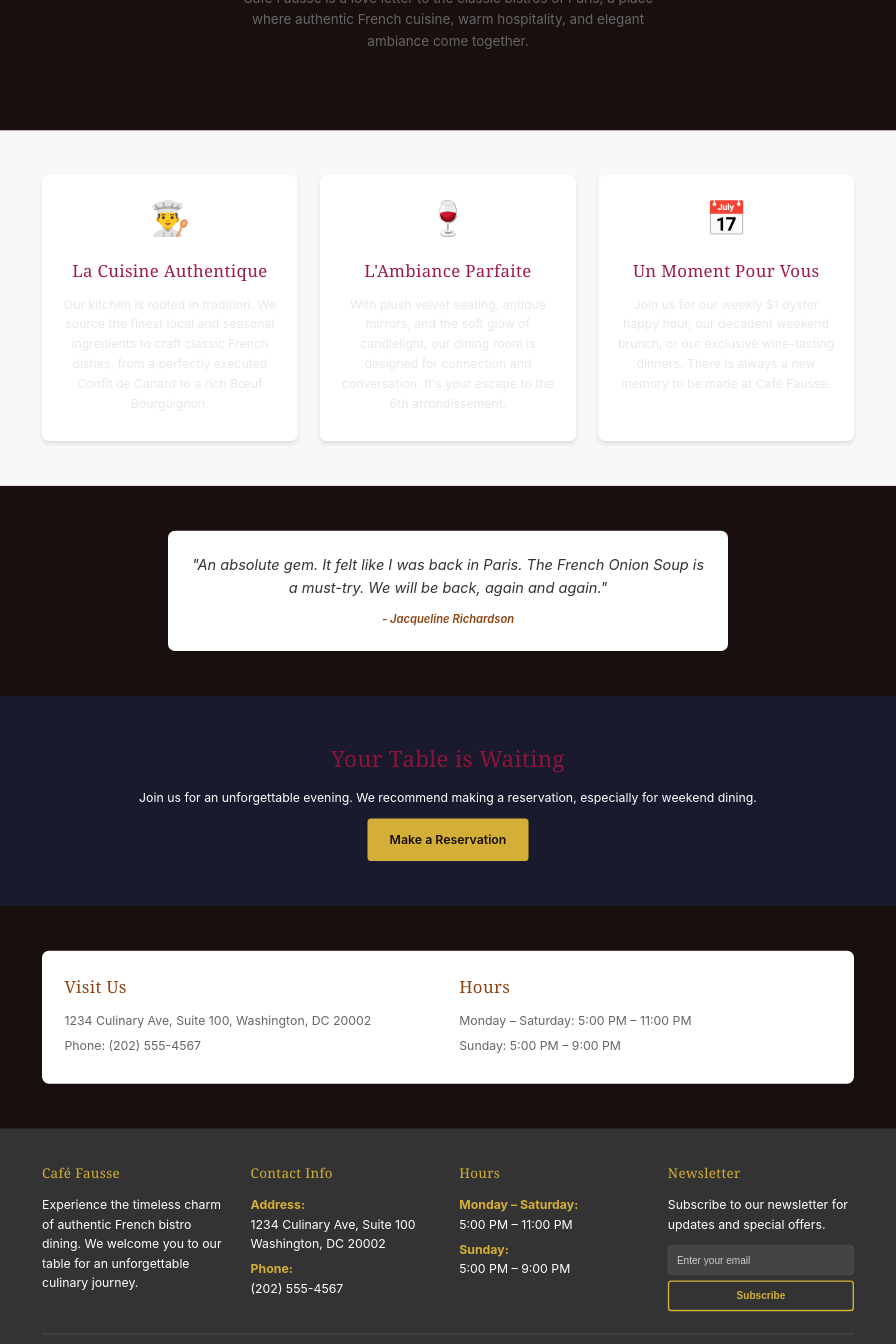
Repository: MatVanDenArt/MSSE-Cafe-Fausse
Page: / (app in frontend/)
The author's editor kept a copy of each file at every save. The page is drawn from the files as they stood at one save, then again after the next save.
The browser window is 1280 px wide. The pictures show the part of the page from y = 993 to 2913 px (the page is 2970 px tall before and 2972 px after), at 70% of full size.
The page's requests for data from a server got no answer. The project was rebuilt for these pictures with package versions that can differ from the ones it lists, and the page was loaded fresh each time. No one was signed in, and anything a server would have sent is missing. Also part of the build but not shown: frontend/src/pages/Menu.css, frontend/src/pages/Menu.js, frontend/src/pages/Reservations.css, frontend/src/pages/Reservations.js, frontend/src/pages/About.css, frontend/src/pages/About.js, frontend/src/pages/Gallery.css, frontend/src/pages/Gallery.js.

Above is the page before, as saved 2025-10-26 15:09:43.

After the next save:
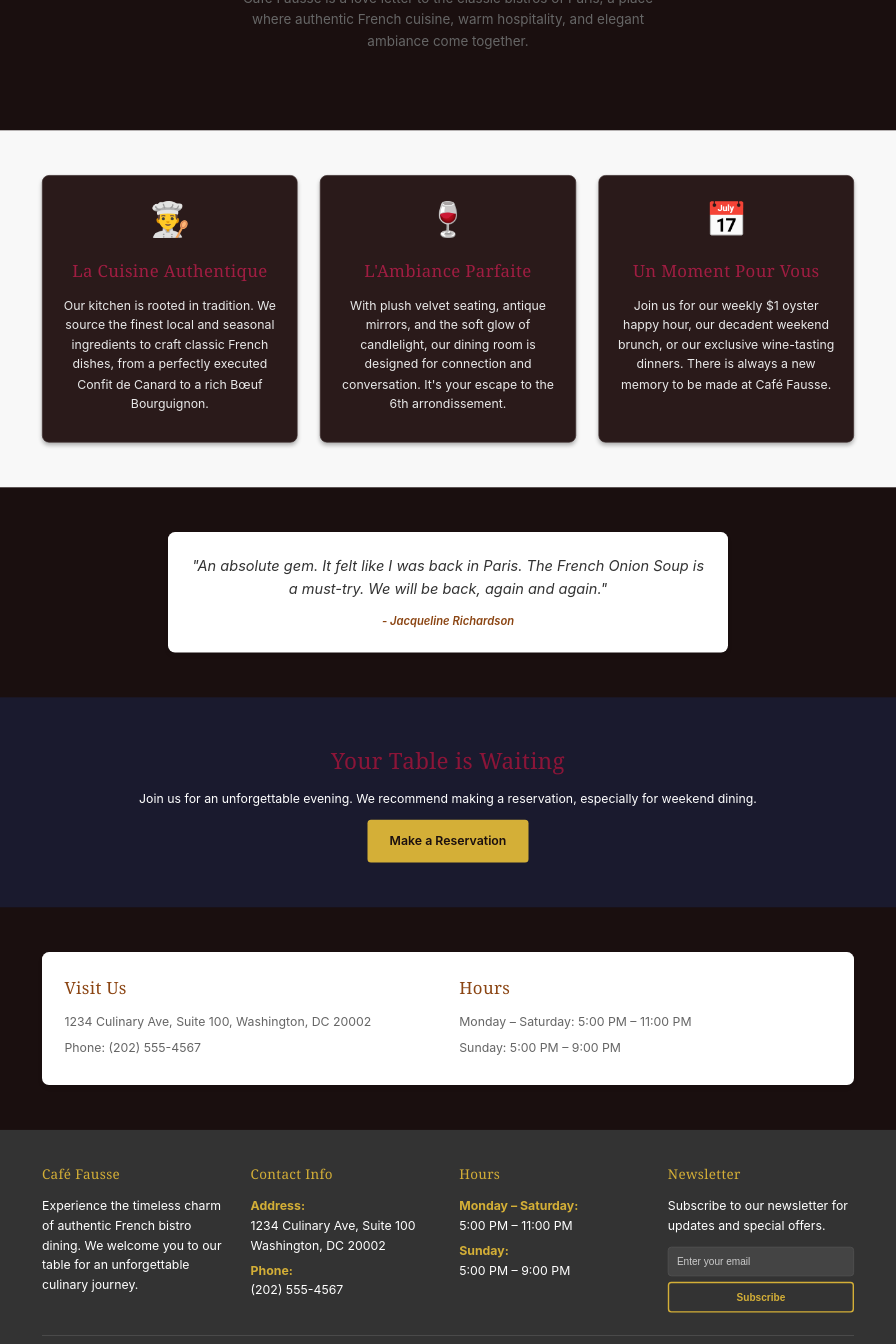
Saved 4 s later.
--- a/frontend/src/App.css
+++ b/frontend/src/App.css
@@ -186,11 +186,12 @@ p {
 
 /* Cards */
 .card {
-  background: white;
+  background: #2a1a1a;
   border-radius: 10px;
-  box-shadow: 0 4px 6px rgba(0, 0, 0, 0.1);
+  box-shadow: 0 4px 6px rgba(0, 0, 0, 0.3);
   overflow: hidden;
   transition: transform 0.3s ease;
+  border: 1px solid #3a2a2a;
 }
 
 .card:hover {
